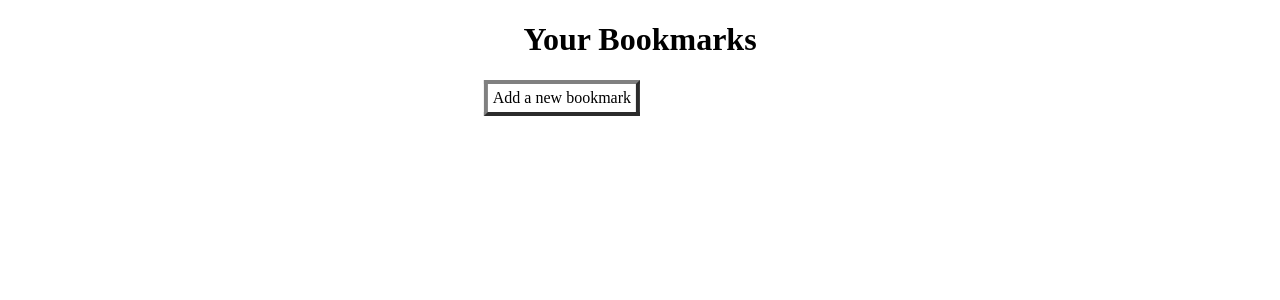
Repository: PA055/Manga-Bookmarks
Page: index.html
These files come from the project's save history. The page is drawn as it stood at one moment and after the next save; the edit follows.
The browser window is 1280 px wide. The pictures show the whole page.

Above is the page before, as saved 2023-03-11 11:09:34.

### index.html
<!DOCTYPE html>
<html lang="en">
  <head>
    <meta charset="utf-8" />
    <meta name="viewport" content="width=device-width, initial-scale=1" />
    <meta name="theme-color" content="#000000" />
    <title>New Bookmark</title>
    <link rel="stylesheet" href="./main.css">
  </head>
  <body>
    <noscript>You need to enable JavaScript to run this app.</noscript>
    <h1>Your Bookmarks</h1>
    <a href="new.html" class="button">Add a new bookmark</a>
    <div id="root"></div>
  </body>
</html>

### main.css
h1 {
    width: 100%;
    text-align: center;
}

.button {
    display: block;
    padding: 5px;
    margin: auto;
    width: fit-content;
    text-decoration: none;
    border: 4px gray outset;
    color: black;
    transform: translateX(-50%);
    -webkit-transform: translateX(-50%);
    -moz-transform: translateX(-50%);
    -ms-transform: translateX(-50%);
    -o-transform: translateX(-50%);
}

.button:hover {
    border-style: inset;
}

After the next save:
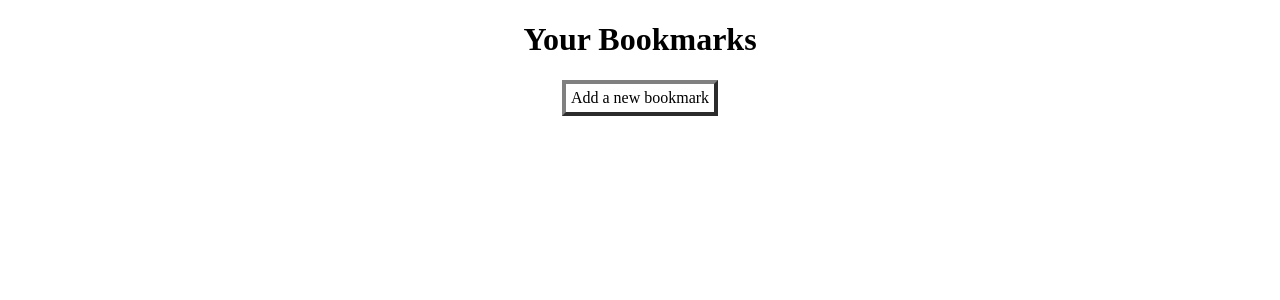
Saved 26 s later.
--- a/main.css
+++ b/main.css
@@ -11,11 +11,6 @@ h1 {
     text-decoration: none;
     border: 4px gray outset;
     color: black;
-    transform: translateX(-50%);
-    -webkit-transform: translateX(-50%);
-    -moz-transform: translateX(-50%);
-    -ms-transform: translateX(-50%);
-    -o-transform: translateX(-50%);
 }
 
 .button:hover {
